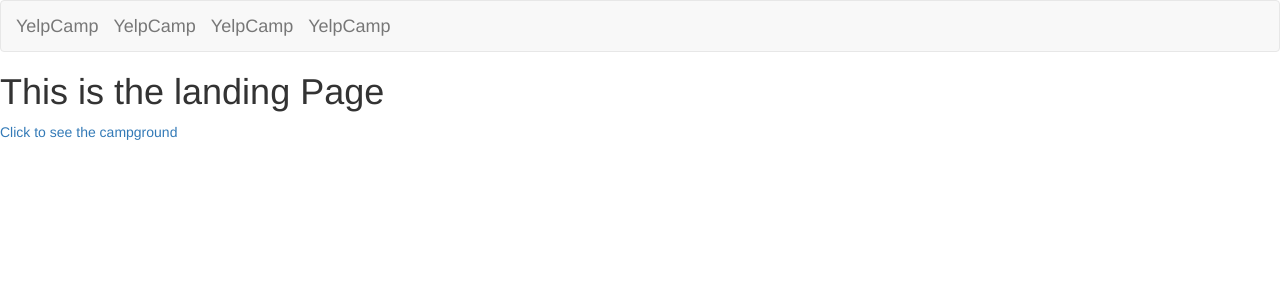
Repository: nittoorp/Web-Developement
Page: http://localhost/
The author's editor kept a record of every edit. The page is drawn from the files as they stood at one moment, then again after the next edit.
The browser window is 1280 px wide. The pictures show the whole page.
The page is served by the project's Node server (YelpCamp/v1/app.js).

Above is the page before.

After the next edit:
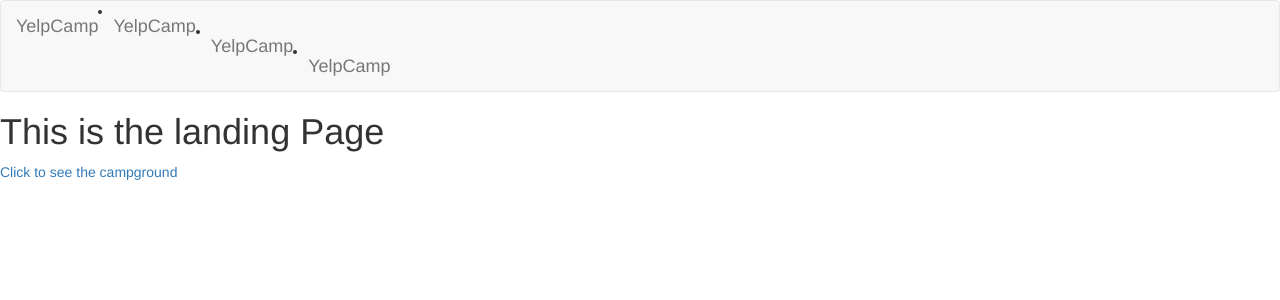
The edit:
--- a/YelpCamp/v1/views/partials/header.ejs
+++ b/YelpCamp/v1/views/partials/header.ejs
@@ -12,9 +12,9 @@
                 </div>
                 <div class="collapse navbar-collapse">
                     <ul>
-                    <a class="navbar-brand" href="/">YelpCamp</a>
-                    <a class="navbar-brand" href="/">YelpCamp</a>
-                    <a class="navbar-brand" href="/">YelpCamp</a>
+                        <li><a class="navbar-brand" href="/">YelpCamp</a></li>
+                        <li><a class="navbar-brand" href="/">YelpCamp</a></li>
+                        <li><a class="navbar-brand" href="/">YelpCamp</a></li>
                    </ul>
 
                 </div>
